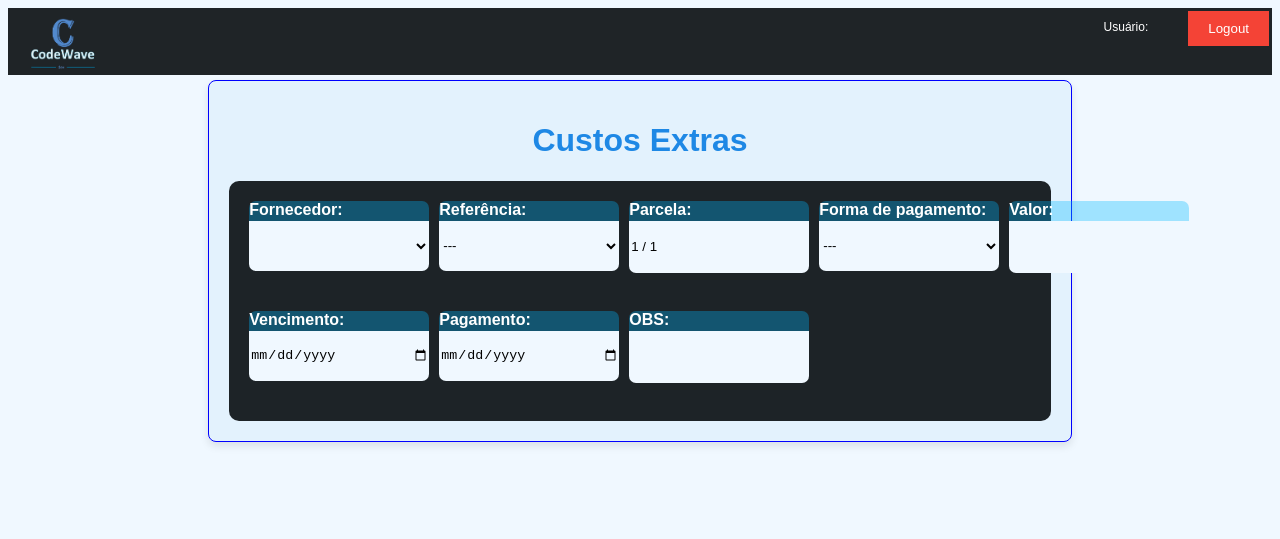
Repository: Romario-Brandao/CodeWave
Page: myproject/loja/templates/outras_despesas.html
The author's editor kept a copy of each file at every save. The page is drawn from the files as they stood at one save, then again after the next save.
The browser window is 1280 px wide. The pictures show the whole page.
The template is drawn by Django 5.2. The application's start-up code is not run. Other server files are loaded and not shown. The template is opened directly, without the code that normally fills it, so the values that code supplies are empty.

Above is the page before, as saved 2025-03-01 01:26:14.

### myproject/loja/templates/outras_despesas.html
{% extends 'base.html' %} {% load static %} {% block body %}

<div class="form_fornecedor" style="width: 65%;">
  <h1>Custos Extras</h1>
  <div class="div_pai_custos_extras">
    <div style="display: flex;">
      <div class="caixas_barra_pesquisa_total">
        <h4 class="nome_caixa_item_parcelas">Fornecedor:</h4>
        <select name="fornecedor" class="caixa4">
          <option value=""></option>
          {% for item in fornecedores %}
          <option value="{{item.id}}">{{item.nome}}</option>
          {% endfor %}
        </select>
      </div>
      <div class="caixas_barra_pesquisa_total">
        <h4 class="nome_caixa_item_parcelas">Referência:</h4>
        <select name="forma_pg" class="caixa4" required>
          <option value="">---</option>
        <option value="AGUA">Água</option>
        <option value="CONTADOR">Contador</option>
        <option value="ENERGIA">Energia</option>
        <option value="INTERNET">Internet</option>
        <option value="SISTEMA ERP">Sistema ERP</option>
        <!-- <option value="ENERGIA"></option> -->
        </select>
      </div>
      <div class="caixas_barra_pesquisa_total">
        <h4 class="nome_caixa_item_parcelas">Parcela:</h4>
        <input type="text" name="parcela" class="caixa2_parcelas" value="1 / 1">
      </div>
      <div class="caixas_barra_pesquisa_total">
        <h4 class="nome_caixa_item_parcelas">Forma de pagamento:</h4>
        <select name="forma_pg" class="caixa4" required>
          <option value="">---</option>
          <option value="BOLETO">Boleto</option>
          <option value="C.CREDITO">C.Crédito</option>
          <option value="C.DEBITO">C.Débito</option>
          <option value="DINHEIRO">Dinheiro</option>
          <option value="PIX / TRANSFERENCIA">PIX / Transferência</option>
        </select>
      </div>
      <div class="caixas_barra_pesquisa_total">
        <h4 class="nome_caixa_item_parcelas">Valor:</h4>
        <input class="caixa2_parcelas" required name="valor" type="text" value="{{ valor_parcela }}" oninput="this.value=this.value.replace(/[^0-9,]/g, '').replace(/(,.*?)(,.*)/, '$1').replace(/(\d+),(\d{2})(\d.*)/, '$1,$2')">
      </div>
  </div>
  <div style="display: flex;">
    <div class="caixas_barra_pesquisa_total">
      <h4 class="nome_caixa_item_parcelas">Vencimento:</h4>
      <input class="caixa2_parcelas widht_data" required name="vencimento" type="date">
    </div>
    <div class="caixas_barra_pesquisa_total">
      <h4 class="nome_caixa_item_parcelas">Pagamento:</h4>
      <input class="caixa2_parcelas widht_data" name="pagamento" type="date"
      name="vencimento">
    </div>
    <div class="caixas_barra_pesquisa_total">
      <h4 class="nome_caixa_item_parcelas">OBS:</h4>
      <input class="caixa2_parcelas" type="text" name="obs"
      name="obs">
    </div>

  </div>

</div>


{% endblock %}

### myproject/loja/templates/base.html
{% load static %}
<!DOCTYPE html>
<html lang="pt-br">
  <head>
    <meta charset="UTF-8" />
    <meta name="viewport" content="width=device-width, initial-scale=1.0" />
    <title>"NOME DA EMPRESA"</title>
    <link rel="stylesheet" type="text/css" href="{% static 'css/main.css' %}" />
    <link rel="preconnect" href="https://fonts.googleapis.com" />
    <link rel="preconnect" href="https://fonts.gstatic.com" crossorigin />

    <link
      href="https://fonts.googleapis.com/css2?family=Inter:wght@400;700&display=swap"
      rel="stylesheet"
    />
  </head>
  <body>
    <div class="espaco_logo">
      <a class="imagem_logo" href="{% url 'menu' %}">
        <img src="{% static 'imagens/logo.jpeg' %}" alt="Logo" width="70px" />

        <!-- <img src="static/imagens/logo.jpeg" alt="Logo" width="70px" /> -->
      </a>
      <p class="nome_do_usuario">Usuário: {{ nome_usuario }}</p>
      <form method="POST" action="{% url 'logout' %}">
        {% csrf_token %}
        <button class="btn-logout" type="submit">Logout</button>
      </form>
    </div>

    {% block body %} {% endblock %}
  </body>
  <script>
    function applyPhoneMask(input) {
        // Remove tudo que não é número
        let value = input.value.replace(/\D/g, '');

        // Aplica a máscara (00) 0 0000-0000
        value = value.replace(/^(\d{2})(\d)/, '($1) $2');    // Coloca os parênteses e espaço
        value = value.replace(/(\d{1})(\d{4})(\d{4})$/, '$1 $2-$3'); // Coloca o espaço e traço

        // Atualiza o valor do campo
        input.value = value;
    }
  </script>
  <script>
    let isSubmitting = false;

    function preventMultipleSubmissions(form) {
      if (isSubmitting) {
        alert("O formulário já está sendo enviado. Aguarde...");
        return false;
      }
      isSubmitting = true;
      return true;
    }
  </script>
</html>

### myproject/static/css/main.css
.body_caixa {
  background-color: #09428e;
  background-color: rgba(1, 5, 8, 0.871);
  width: 1450px;
  height: 100%;
  margin: 50px 0 0 60px;
}

.caixa,
.sub_valor,
.forma_pg_valor {
  background-color: rgb(255, 255, 255);
}

.nome_caixa_item,
.nome_caixa_pg,
.titulos_lista_produtos,
.sub,
.forma_pg {
  color: rgb(255, 255, 255);
  background-color: rgba(0, 183, 255, 0.336);
}

/*  */
.cabecalho {
  background-color: blue;
  color: white;
  /* Adicione esta linha se quiser que o texto dentro do cabeçalho fique branco */
  padding: 2px;
  /* Adicione algum preenchimento para melhorar a aparência */
  display: flex;
}

.ferramentas {
  height: 83px;
  width: 200px;
  margin: 0 0 0 400px;
}

/*  */

.barra_pesquisa {
  display: flex;
  padding: 0 0 0 -10px;
}

/*  */
/*  */

.item_ferramenta {
  margin: 10px 0 0 0;
  background-color: blue;
  border-radius: 3px;
  text-align: center;
  height: 50px;
  width: 100px;
  border-radius: 7px;
  border: 1px solid black;
  color: aliceblue;
}

/*  */

.caixa_item {
  margin: 0 0 0 20px;
}

.caixa_item_compra {
  margin: 0 0 0 40px;
}

.caixa_item1 {
  margin: 0 0 0 0;
}

.sub_pg {
  display: flex;
}

.nome_caixa_item {
  border-radius: 7px 7px 0 0;
  height: 20px;
  width: 250px;
  margin: 0;
}

.caixa1 {
  border: 0;
  width: 250px;
  height: 50px;
  border-radius: 0 0 7px 7px;
  background-color: aliceblue;
  margin-top: 0;
}



.caixa_data {
  border: 0;
  width: 249px;
  height: 50px;
  border-radius: 0 0 7px 7px;
  background-color: aliceblue;
  margin-top: 0;
}

.caixa2 {
  border: 0;
  width: 246px;
  height: 50px;
  border-radius: 0 0 7px 7px;
  background-color: aliceblue;
  margin-top: 0;
}

.tamanho_cod_produto {
  width: 126px;
  height: 49px;
  margin: 0 20px 0 0;
}

.tamanho_cod_produto2 {
  width: 130px;
  margin: 0 20px 0 0;
}

.tamanho_cod_produto3 {
  margin: 0 -70px 0 80px;
}

.caixas_barra_pesquisa {
  width: 200px;
  height: 100px;
  margin: 0 0 10px 75px;
  border: 0;
}

.caixas_barra_pesquisa2 {
  width: 200px;
  height: 100px;
  margin: 0 0 10px 40px;
  border: 0;
}

.caixas_barra_pesquisa_excuir {
  width: 215px;
  height: 100px;
  margin: 0 60px 0 10px;
  border: 0;
}

.espacamento_caixa_excluir_compra {
  margin-left: 430px;
}

.caixa_botoes {
  margin: 0 0 0 70px;
}

.botao_caixa {
  width: 70px;
  height: 50px;
  border: 1px solid blue;
  margin: 0 0 0 10px;
  background-color: rgb(25, 0, 255);
  border-radius: 7px;
  color: #ffffff;
}

/*  */

.tela_principal {
  display: flex;
}

/*  */

.caixa_item_2 {
  margin: 0 10px 20px 0;
}

.caixa_item_3 {
  margin: 0 0 20px 70px;
}

.excluir_item {
  margin: 20px 0 0 7px;
}

.excluir_item {
  margin: 20px 0 0 70px;
}

.titulos_lista_produtos {
  background-color: rgba(0, 17, 255, 0.596);
  /* text-align: justify; */
  text-align: center;
  height: 20px;
  width: 100%;
  margin: 0;
  border-radius: 5px 5px 0 0;
}

.resumo_caixa {
  border-radius: 7px;
  margin: 0 0 0 5px;
  width: 990px;
  height: 343px;
  background-color: rgb(255, 255, 255);
  overflow-y: auto;
}

.resumo_caixa2 {
  margin: 0 0 0 -780px;
}

.resumo_caixa3 {
  border-radius: 7px;
  margin: 0 0 0 5px;
  width: 830px;
  height: 343px;
  background-color: rgb(255, 255, 255);
  overflow-y: auto;
}

.div_excluir_servico {
  display: flex;
  margin: 0 0 0 600px;
}

.sub {
  width: 290px;
  margin: 21px 10px 0 620px;
  border-radius: 7px 7px 0 0;
}

.sub_valor {
  width: 290px;
  height: 49px;
  margin: 0 10px 0 620px;
  border-radius: 0 0 7px 7px;
}

.forma_pg {
  width: 290px;
  margin: 21px 10px 0 10px;
  border-radius: 7px 7px 0 0;
}

.forma_pg_valor {
  width: 290px;
  height: 49px;
  margin: 0 80px 0 10px;
  border-radius: 0 0 7px 7px;
}

.butao_excluir_servico {
  width: 120px;
  height: 50px;
  border-radius: 7px;
  background-color: #8e091b;
  border: 1px solid white;
}

.butao_excluir_servico:hover {
  background-color: #be0b0bd2;
  border: none;
  color: white;
  cursor: pointer;
}

.finalizar_compra {
  margin: 0 0 0 10px;
}

.butao_excluir_servico1 {
  margin: 0 0 0 20px;
}

.butao_servico {
  width: 120px;
  height: 50px;
  border-radius: 7px;
  background-color: #09428e;
  border: 1px solid white;
}

.butao_servico:hover {
  background-color: #0b59be;
  border: none;
  color: white;
  cursor: pointer;
}

.botao_cadastrar_produtos,
.botao_laterar_produtos {
  display: flex;
}

.botao_adicionar {
  margin: 20px 0 0 20px;
  height: 35px;
}

.titulo_cadastro {
  display: flex;
}

tbody th {
  font-weight: normal;
  /* Remove o negrito */
  font-family: Arial, sans-serif;
  /* Altere para a fonte desejada */
  font-size: 14px;
}

.cabec_rel_prod {
  /* font-weight: normal; */
  /* Remove o negrito */
  font-family: Arial, sans-serif;
  /* Altere para a fonte desejada */
  font-size: 13px;
}

.font_rel_est {
  font-weight: normal;
  /* Caso existam células <td>, remova o negrito também */
  font-family: Arial, sans-serif;
  /* Altere para a fonte desejada */
  font-size: 11px;
}

tbody td {
  font-weight: normal;
  /* Caso existam células <td>, remova o negrito também */
  font-family: Arial, sans-serif;
  /* Altere para a fonte desejada */
  font-size: 14px;
}

table {
  width: 100%;
  border-collapse: collapse;
}

th,
td {
  /* border: 1px solid black;
  padding: 8px; */
  text-align: left;
}

tr:nth-child(even) {
  background-color: #add8e6;
  /* Cor azul claro */
}

.bloco_filtro {
  margin: 0 50px 20px 10px;
  border-left: 1px solid rgb(248, 3, 3);
}

.itens_bloco_filtro {
  margin: 0 0 0 10px;
}

.bloco_cad_prod,
.bloco_alt_prod {
  border: 1px solid blue;
  height: 400px;
  width: 500px;
  padding: 20px;
  margin: 0 20px 0 0;
  border-radius: 7px;
}

.tabela {
  margin-bottom: 0;
}

body {
  font-family: Arial, sans-serif;
  background-color: #f0f8ff;
}

.form_fornecedor {
  width: 50%;
  margin: auto;
  border: 1px solid blue;
  background-color: #e3f2fd;
  border-radius: 8px;
  padding: 20px;
  box-shadow: 0px 4px 8px rgba(0, 0, 0, 0.1);
}

h1 {
  text-align: center;
  color: #1e88e5;
}

hr {
  border: 1px solid #1e88e5;
}

.table_fornecedor {
  width: 100%;
  margin-bottom: 20px;
  border-spacing: 10px;
  /* Espaço entre células */
}

td {
  padding: 10px;
}

.label_for {
  font-weight: bold;
  color: #1565c0;
}

.input_cad_cli_for {
  width: 500px;
  padding: 10px;
  border: 1px solid #64b5f6;
  border-radius: 4px;
  background-color: #ffffff;
  font-size: 14px;
}

.input_cad_cli_for_select {
  width: 523px;
}

textarea.input_cad_cli_for {
  resize: none;
}

.input_cad_cli_for:focus {
  border-color: #1e88e5;
  outline: none;
}

.btn_submit_for {
  background-color: #1e88e5;
  color: white;
  padding: 10px 20px;
  border: none;
  border-radius: 4px;
  cursor: pointer;
  display: block;
  margin: 20px auto;
}

.btn_submit_for:hover {
  background-color: #1565c0;
}

.quant_vend_ult_d {
  border: 0;
  font-weight: bold;
  font-size: 12px;
  background-color: None;
}

.finalizar_excluir_item_compra {
  margin: -30px 0 0 585px;
}

.espaco_logo {
  display: flex;
  background-color: rgba(1, 5, 8, 0.871);
  width: 100%;
  margin: 0 0 5px 0;
}

.imagem_logo {
  margin: 0 0 0 20px;
}

.nome_do_usuario {
  /* align-items: end; */
  color: #ffffff;
  margin-left: auto;
  padding: 0 40px 0 0;
  font-size: 12px;
}

.menu {
  border: 1px solid black;
  border-radius: 7px;
  align-items: baseline;
  height: 560px;
  width: 400px;
  margin: 60px 0 0 200px;
  padding: 20px 10px 0 20px;
  background-color: rgba(1, 5, 8, 0.871);

}

.menu2 {
  max-height: 480px;
  /* Define a altura máxima para a div menu2 */
  overflow-y: auto;
  /* Ativa a barra de rolagem vertical apenas para menu2 */
  scrollbar-width: none;
  /* Remove a barra visível no Firefox */
  -ms-overflow-style: none;
  /* Remove a barra no IE e Edge */
}

.menu2::-webkit-scrollbar {
  display: none;
  /* Remove a barra de rolagem nos navegadores WebKit */
}

.link_menu {
  text-decoration: none;
  color: #ffffff;
  display: inline-block;
  /* Permite que o background preencha o espaço */
  transition: background-color 0.2s;
  /* Suaviza a transição de cor */
  width: 100%;
  height: 30px;
  /* padding: 1px 0 0 2px; */
}

.link_menu:hover,
a:active,
a:focus {
  text-decoration: none;
  /* Mantém o sublinhado removido mesmo ao passar o mouse ou focar */
  color: inherit;
  /* Mantém a cor ao passar o mouse ou focar */
}

.link_menu:hover {
  background-color: #ffffff;
  /* Define a cor de fundo ao passar o mouse */
  border-radius: 5px;
}

.resumo_contas_pag_rec {
  border-right: 1px solid red;
  margin: 0 10px 0 0;
  padding: 0 10px 0 0;
}

.btn-logout {
  background-color: #f44336;
  color: white;
  border: none;
  padding: 10px 20px;
  cursor: pointer;
  margin: 3px 3px 0 0;
}

.btn-logout:hover {
  background-color: #d32f2f;
}

.body {
  text-align: center;
  /* background: linear-gradient(to bottom, rgb(0, 217, 255) 50%, rgb(17, 0, 255) 100%); */
  background: linear-gradient(to bottom, #011b4d 40%, #f70202 190%);
  /* background: linear-gradient(to bottom, #001845 50%, #000 100%); */
  overflow: hidden;
  height: 100vh;
  margin: 0;
  position: relative;
}

.login {
  border: solid 3px rgb(248, 61, 4);
  margin: 60px 0 200px 200px;
  padding: 50px;
  border-radius: 20px;
  width: 300px;
  text-align: left;
  color: white;
}

.login h1 {
  color: rgb(3, 248, 3);
  /* Define a cor verde clara para o título "Login" */
}

.login,
.input_login,
.hr_login {
  margin-bottom: 20px;
  /* Adiciona espaçamento abaixo do <hr> */
}

.titulo {
  text-align: center;
}

.label_login {
  display: block;
  /* Garante que o rótulo ocupe uma linha inteira */
  margin-top: 10px;
  /* Adiciona espaço acima dos rótulos */
}

.caixa_login {
  width: calc(100% - 22px);
  /* Adapta a largura ao container com 10px de padding e 1px de borda de cada lado */
  padding: 10px;
  border: 1px solid #ccc;
  /* Cor e espessura da borda */
  border-radius: 5px;
  /* Cantos arredondados */
  box-sizing: border-box;
  /* Inclui padding e borda na largura total */
}

.botao_login {
  background-color: rgb(0, 0, 255);
  /* Cor de fundo do botão */
  border: none;
  /* Remove a borda padrão */
  color: black;
  /* Cor do texto */
  padding: 10px 20px;
  /* Espaçamento interno */
  text-align: center;
  /* Centraliza o texto */
  text-decoration: none;
  /* Remove sublinhado */
  display: inline-block;
  /* Permite a definição de padding e margin */
  font-size: 16px;
  /* Tamanho da fonte */
  margin-top: 10px;
  /* Espaçamento superior */
  border-radius: 5px;
  /* Cantos arredondados */
  cursor: pointer;
  /* Cursor de mãozinha ao passar o mouse */
  transition: background-color 0.3s ease;
  /* Transição suave para mudança de cor */
}

.botao_login:hover {
  background-color: DarkBlue;
  /* Cor de fundo ao passar o mouse */
  color: #ccc;
}

.input_login {
  margin: 20px 0 20px 0;
  border: 1px solid #001845;
  border-radius: 7px;
  height: 30px;
  width: 100%;
}

.caixa_div_produto {
  margin: 30px 0 20px 0;
  display: flex;
}

.produto_cadastro {
  margin: 0 0 0 60px;
}

.label_uni_med {
  margin: 0 0 0 47px;
}

.tr_cad_produtos {
  width: 25%;
}

.bloco_filtro_dashboard {
  margin: 10px 0 0 15px;
}

.filtro_dashboard_anos {
  display: flex;
}

.caixas_barra_pesquisa3 {
  width: 300px;
}

.caixa3,
.nome_caixa_item3 {
  width: 355px;
}

.butao_servico {
  margin: 0 0 0 -5px;
}

.caixas_barra_pesquisa_total {
  width: 120px;
  height: 100px;
  margin: 0 50px 10px 20px;
  border: 0;
  gap: 30px;
}

.nome_caixa_item_parcelas {
  color: rgb(255, 255, 255);
  background-color: rgba(0, 183, 255, 0.336);
  border-radius: 7px 7px 0 0;
  height: 20px;
  width: 180px;
  margin: 0;
}

.caixa2_parcelas {
  border: 0;
  width: 146.5%;
  height: 50px;
  border-radius: 0 0 7px 7px;
  background-color: aliceblue;
  margin-top: 0;
}

.button_fechamento {
  height: 70%;
  width: 120%;
  background-color: rgba(0, 128, 0, 0.281);
  border-radius: 7px;
  border: 1px solid white;
}

.button_fechamento:hover {
  background-color: rgba(0, 128, 0, 0.788);
  border: none;
  color: white;
  cursor: pointer;
}

.caixa4 {
  border: 0;
  width: 180px;
  height: 50px;
  border-radius: 0 0 7px 7px;
  background-color: aliceblue;
  margin-top: 0;
}

.td_contas {
  padding: 0;
  margin: 0;
  text-align: right;
}


.nome_caixa_item2 {
  width: 120px;
}

.input_caixa_item2 {
  width: 116px;
}

.table-container {
  max-height: 300px;
  /* Altura máxima da tabela */
  overflow-y: auto;
  /* Habilita rolagem vertical */
}

.table-fixa th {
  position: sticky;
  /* Torna os cabeçalhos fixos */
  top: 0;
  /* Fixa no topo durante a rolagem */
  background-color: #f9f9f9;
  /* Cor de fundo do cabeçalho */
  z-index: 2;
  /* Garante que o cabeçalho fique acima das células */
}

.widht_data {
  width: 179px;
}

.hr_parcela {
  width: 50%;
  margin-left: 20px;
  height: 0.10px;
  background-color: yellow;
  border: none;
}


.menu_relatorio {
  display: none;
  position: absolute;
  /* Permite que o menu seja posicionado sobre outros elementos */
  background-color: rgba(1, 5, 8, 0.871);
  width: 300%;
  padding: 10px;
  z-index: 10;
  /* Garante que o menu esteja acima de outros elementos */
}

.barra_menu_relatorio {
  position: relative;
  /* Necessário para que o menu seja posicionado relativo a este elemento */
  width: 100%;
}

.barra_menu_relatorio:hover .menu_relatorio {
  display: block;
  left: 100px;
  /* margin: 0 0 0 50%; */
}



.form_fornecedor_relatorio {
  width: 95%;
}

.checkbox-container {
  width: 100px;
  display: grid;
  grid-template-columns: repeat(3, 1fr);
  /* Três colunas */
  gap: 10px;
  /* Espaçamento entre os itens */
  align-items: center;
  /* Alinha verticalmente os elementos */
}


.checkbox_folha {
  display: flex;
  justify-content: space-between;
}

.input_folha {
  width: 80px;
  border-radius: 3px;
}

#listaProdutos,
#listaServicos {
  position: absolute;
  display: none;
  width: 400px;
  height: 220px;
  overflow-y: auto;
  border: 2px solid #00000065;
  border-radius: 10px;
  padding: 5px;
  margin-top: 5px;
  background-color: white;
  color: #333;
  outline: none;
  z-index: 10;
}

#listaProdutos option:hover,
#listaServicos option:hover {
  background-color: #5490cf8c;
  color: rgb(48, 45, 45);
}

.div_pai_custos_extras {
  padding-top: 20px;
  background-color: rgba(1, 5, 8, 0.871);
  border-radius: 10px;

}

After the next save:
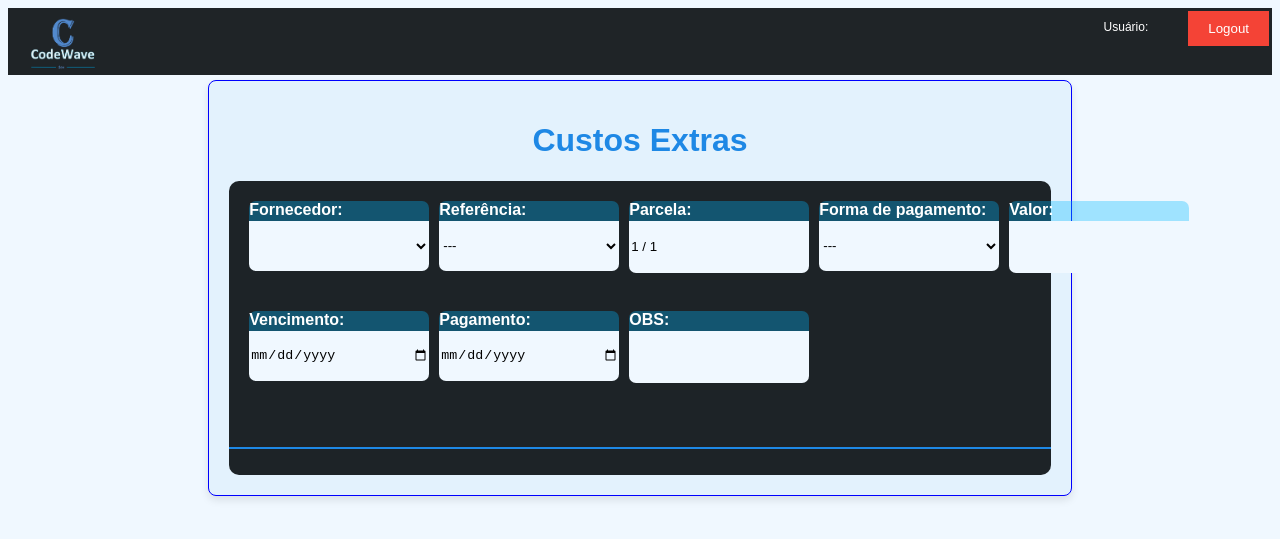
Saved 27 s later.
--- a/myproject/loja/templates/outras_despesas.html
+++ b/myproject/loja/templates/outras_despesas.html
@@ -60,8 +60,10 @@
       <input class="caixa2_parcelas" type="text" name="obs"
       name="obs">
     </div>
-
   </div>
+  <br>
+  <hr>
+  <br>
 
 </div>
 
